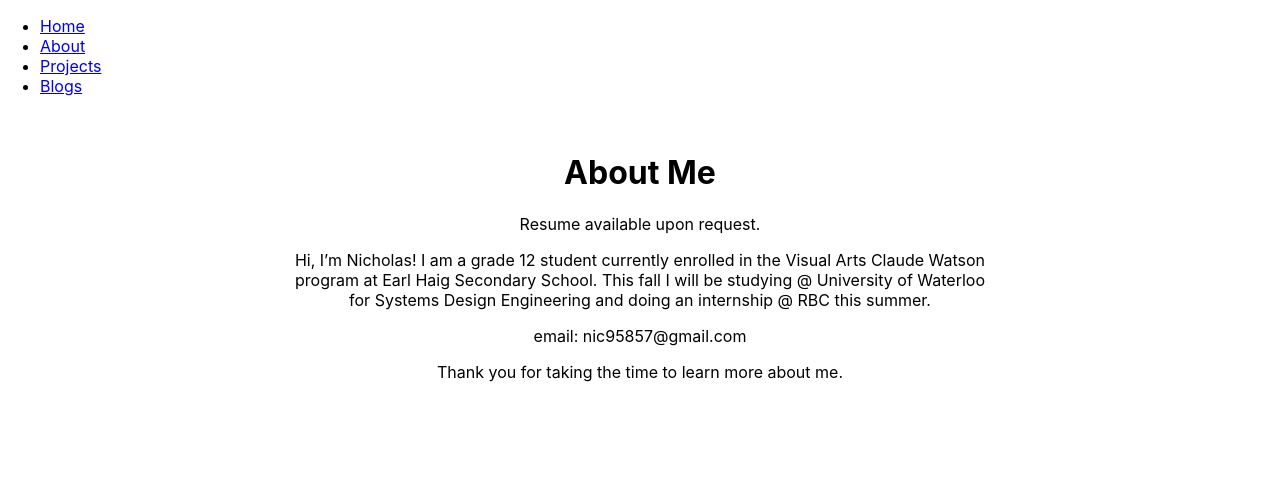
Repository: nicholaschen09/personalWebsite
Page: /about
An editor plug-in stored every save of this project. The page is shown before and after the next save, followed by the edit.
The browser window is 1280 px wide. The pictures show the whole page.
The project was rebuilt for these pictures with package versions that can differ from the ones it lists, and the page was loaded fresh each time. Also part of the build but not shown: src/components/Home.css, src/components/Home.js, src/components/Projects.css, src/components/Projects.js, src/components/Blog.css, src/components/Blog.js.

Above is the page before, as saved 2024-05-23 00:25:31.

### src/App.js
import React from 'react';
import { BrowserRouter as Router, Route, Routes, Link } from 'react-router-dom';
import About from './components/About.js';
import Home from './components/Home.js';
import Projects from './components/Projects.js';
import Blog from './components/Blog.js';

function App() {
  return (
    <Router>
      <div>
        <nav>
          <ul>
            <li>
              <Link to="/">Home</Link>
            </li>
            <li>
              <Link to="/about">About</Link>
            </li>
            <li>
              <Link to="/projects">Projects</Link>
            </li>
            <li>
              <Link to="/blogs">Blogs</Link>
            </li>
          </ul>
        </nav>

        <Routes>
          <Route path="/about" element={<About />} />
          <Route path="/" element={<Home />} />
          <Route path="/projects" element={<Projects />} />
          <Route path="/blogs" element={<Blog />} />
        </Routes>
      </div>
    </Router>
  );
}

export default App;

### src/components/About.js
// src/components/About/About.js
import React from 'react';
import './About.css';

const About = () => {
    return (
        <div className="about">
            <h1>About Me</h1>
            <p>Resume available upon request.</p>
            <p>Hi, I’m Nicholas!  I am a grade 12 student currently enrolled in the Visual Arts Claude Watson
                program at Earl Haig Secondary School. This fall I will be studying @ University of
                Waterloo for Systems Design Engineering and doing an internship @ RBC this summer.</p>
            <p>email: nic95857@gmail.com</p>
            <p>Thank you for taking the time to learn more about me.</p>
        </div>
    );
};

export default About;

### src/components/About.css
.about {
    text-align: center;
    padding: 20px;
    width: 700px;
    margin-left: auto;
    margin-right: auto;
}

Loaded but not shown: public/index.html (common file); src/index.js (common file); src/index.css (common file); src/reportWebVitals.js (common file)

After the next save:
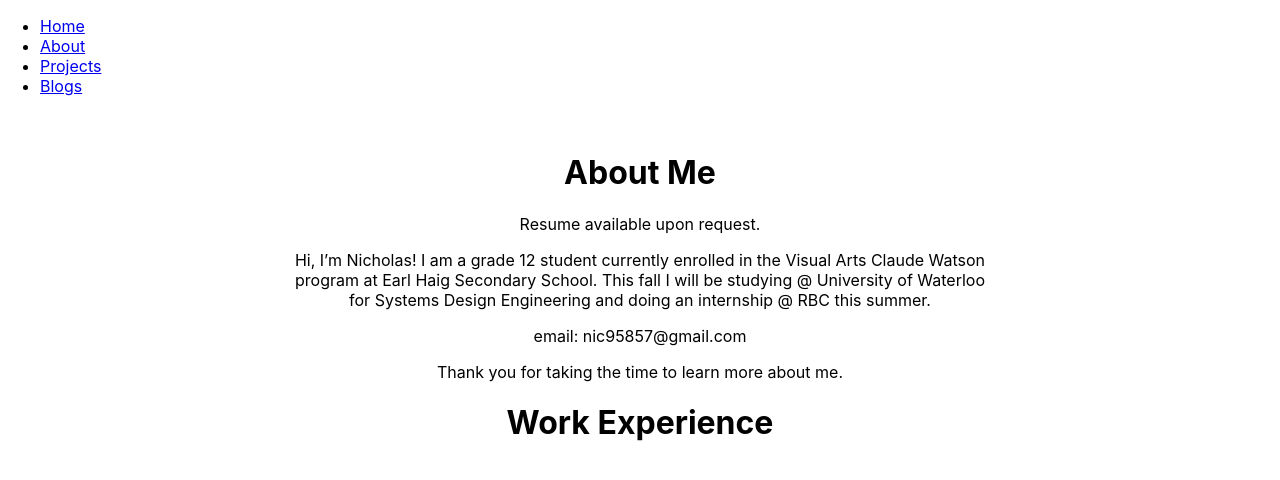
Saved 31 s later.
--- a/src/components/About.js
+++ b/src/components/About.js
@@ -12,6 +12,8 @@ const About = () => {
                 Waterloo for Systems Design Engineering and doing an internship @ RBC this summer.</p>
             <p>email: nic95857@gmail.com</p>
             <p>Thank you for taking the time to learn more about me.</p>
+
+            <h1>Work Experience</h1>
         </div>
     );
 };
